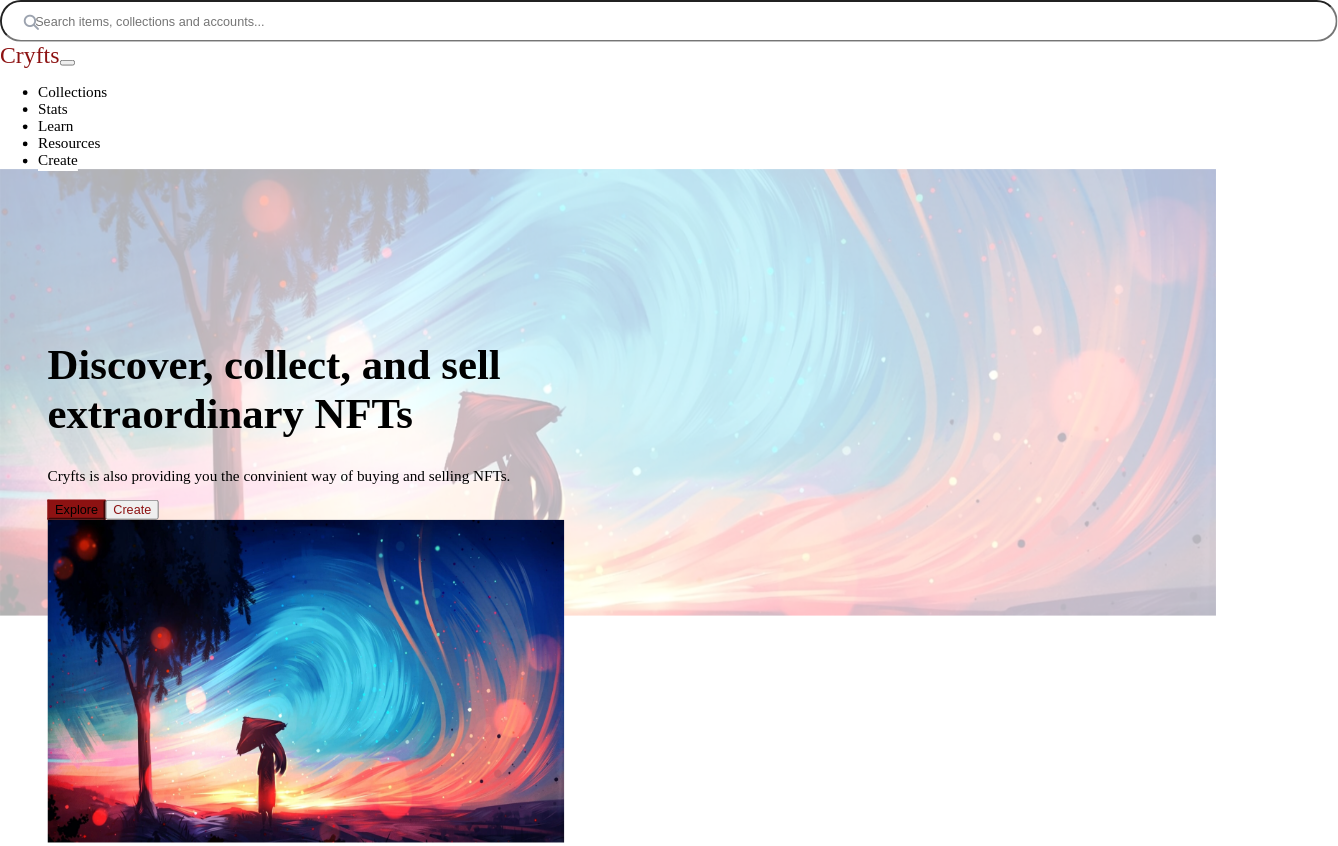
Repository: Huzaifa-2609/opensea_project
Page: /
These files come from the project's save history. The page is drawn as it stood at one moment and after the next save; the edit follows.
The browser window is 1280 px wide. The page is 1408 px wide, so the pictures cover 1408 px, including what lies to the right of the window. The pictures show the whole page, at 95% of full size.
Some web libraries are served in a nearby version. The project was rebuilt for these pictures with package versions that can differ from the ones it lists, and the page was loaded fresh each time. The framework's server and built-in components were replaced by stand-ins that run in the browser. Also part of the build but not shown: next.config.js, styles/Home.module.css.

Above is the page before, as saved 2022-07-11 20:40:51.

After the next save:
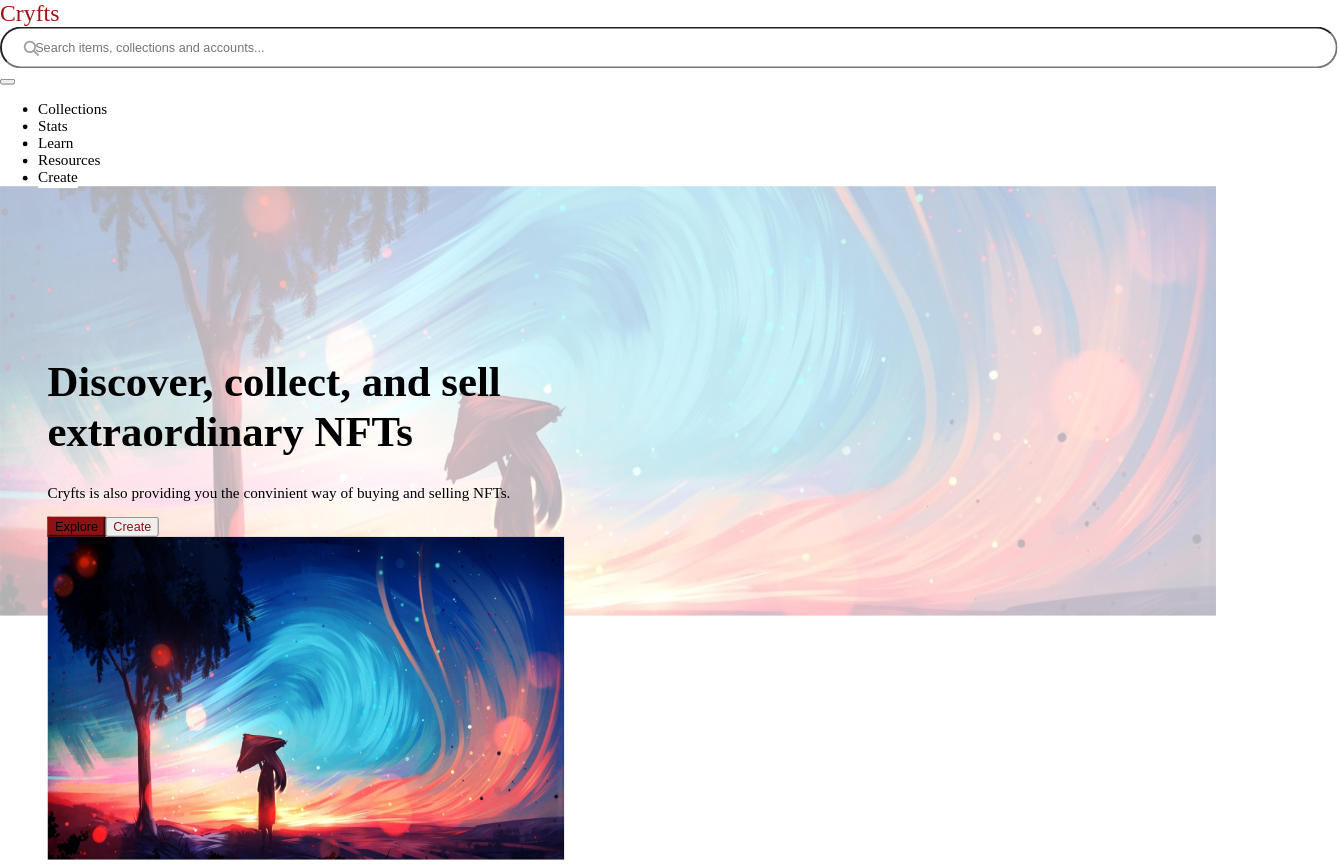
Saved 114 s later.
--- a/components/Vnavbar.js
+++ b/components/Vnavbar.js
@@ -8,6 +8,9 @@ const Vnavbar = (props) => {
       <div>
         <nav className="navbar d-flex flex-column navbar-text h-100 shadow-sm navbar-expand-lg navbar-light">
     <div className=" d-flex flex-column h-100">
+        <div className="d-flex flex-column">
+
+      <a className="navbar-brand text-color fw-bolder ml-2" href="/">{props.title}</a>
       <div className="collapse navbar-collapse" style={{width:"50%"}} id="navbarSupportedContent">
 
               <div className="row height d-flex justify-content-center align-items-center">
@@ -18,8 +21,7 @@ const Vnavbar = (props) => {
                   </div>
 
               </div>
-
-      <a className="navbar-brand text-color fw-bolder ml-2" href="/">{props.title}</a>
+              </div>
       <button className="navbar-toggler" type="button" data-bs-toggle="collapse" data-bs-target="#navbarSupportedContent" aria-controls="navbarSupportedContent" aria-expanded="false" aria-label="Toggle navigation">
         <span className="navbar-toggler-icon"></span>
       </button>
